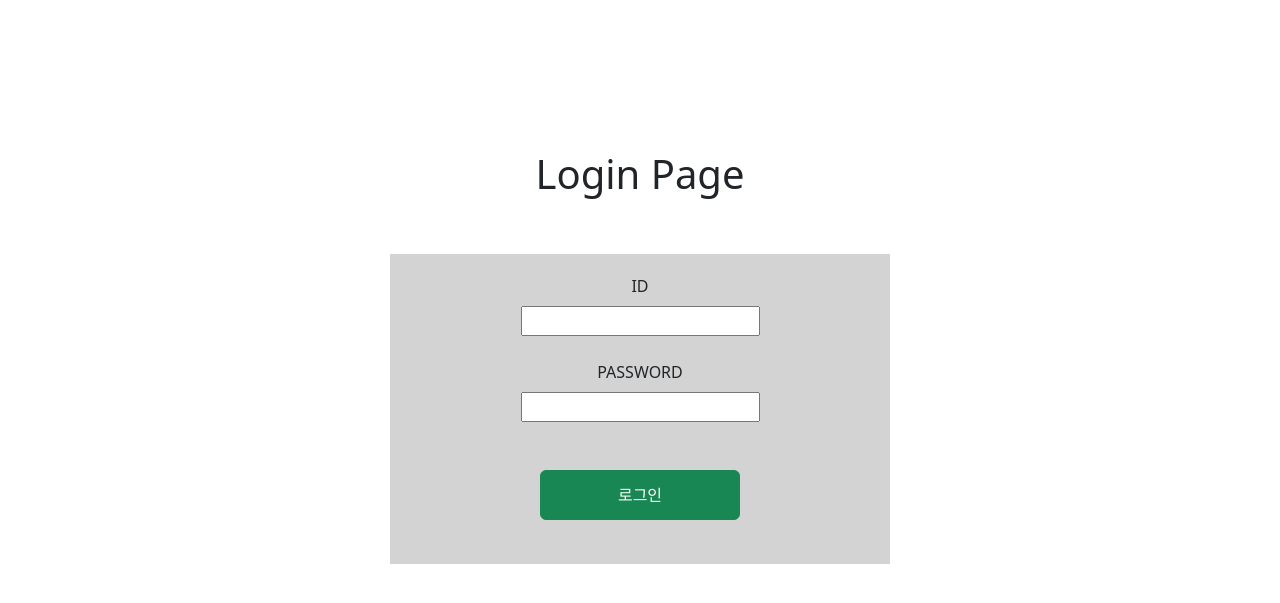
Repository: doridori890130/JSP
Page: http://localhost/jsp_project/mem/login
These files come from the project's save history. The page is drawn as it stood at one moment and after the next save; the edit follows.
The browser window is 1280 px wide. The pictures show the whole page.
The page is served by Tomcat 9.

Above is the page before, as saved 2023-06-01 04:20:32.

After the next save:
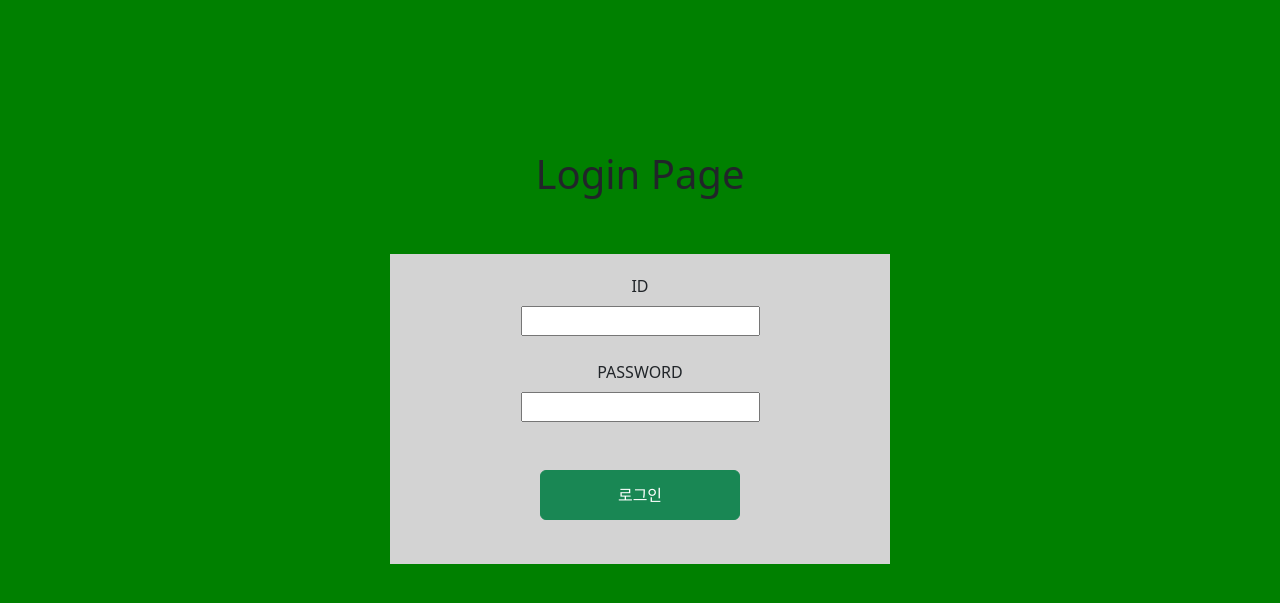
Saved 32 s later.
--- a/jsp_project4/jsp_project/src/main/webapp/member/login.jsp
+++ b/jsp_project4/jsp_project/src/main/webapp/member/login.jsp
@@ -9,7 +9,7 @@
 <link href="https://cdn.jsdelivr.net/npm/bootstrap@5.2.2/dist/css/bootstrap.min.css" rel="stylesheet" integrity="sha384-Zenh87qX5JnK2Jl0vWa8Ck2rdkQ2Bzep5IDxbcnCeuOxjzrPF/et3URy9Bv1WTRi" crossorigin="anonymous">
 <style type="text/css">
  body{
- 	background-image: url("img/노을.jpg");
+ 	background-color: green;
  }
  H1{
  	text-align: center;
